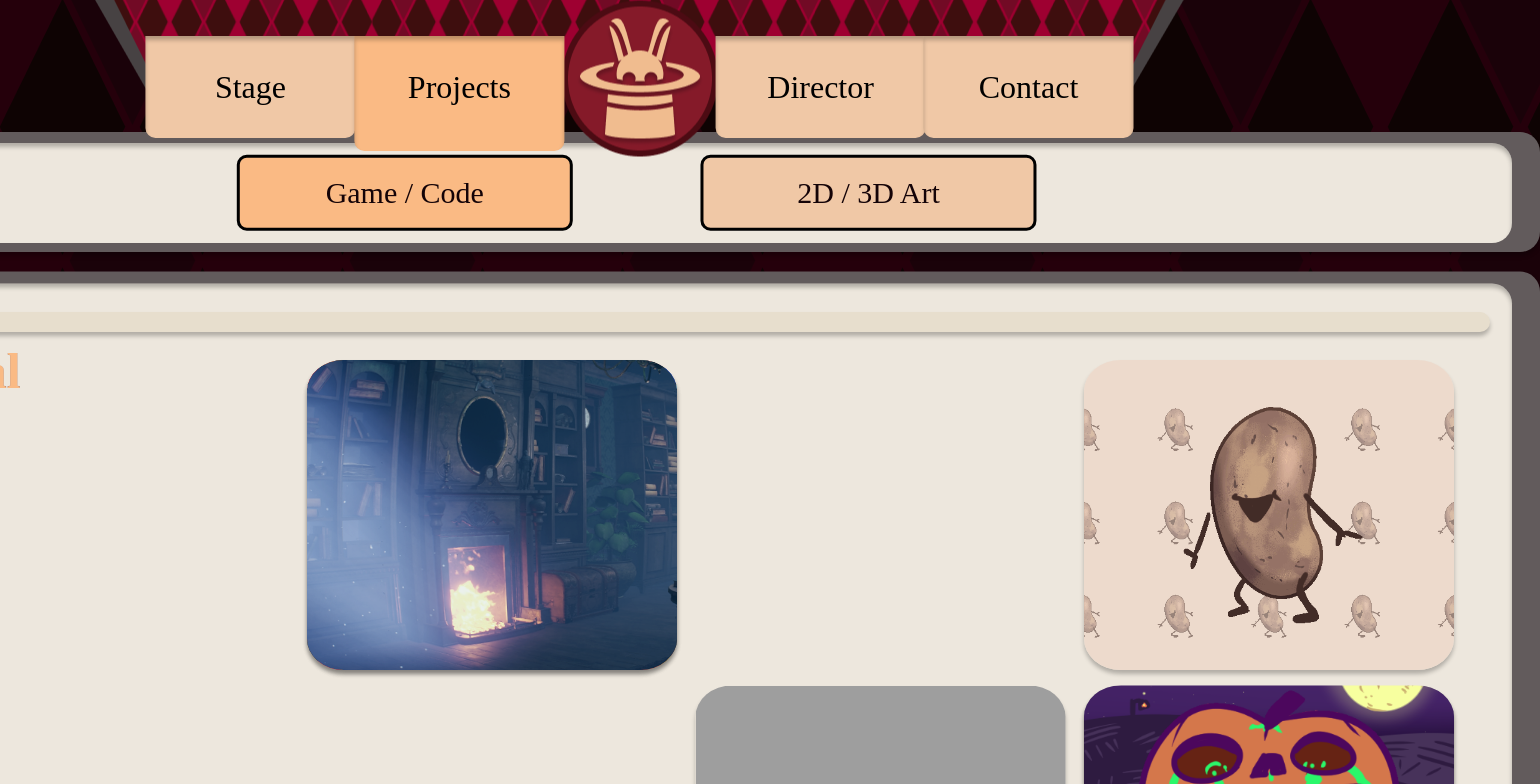
Repository: EMP-ChristinaC/Portfolio
Page: main-project-page/projects.html
The author's editor kept a copy of each file at every save. The page is drawn from the files as they stood at one save, then again after the next save.
The browser window is 1280 px wide. The page is 1540 px wide, so the pictures cover 1540 px, including what lies to the right of the window. The pictures show the part of the page from y = 0 to 784 px (the page is 2161 px tall).
Pictures or frames that could not be fetched are drawn as grey boxes. Some web fonts or font styles are not loaded; a fallback is used.

Above is the page before, as saved 2024-12-18 17:14:34.

After the next save:
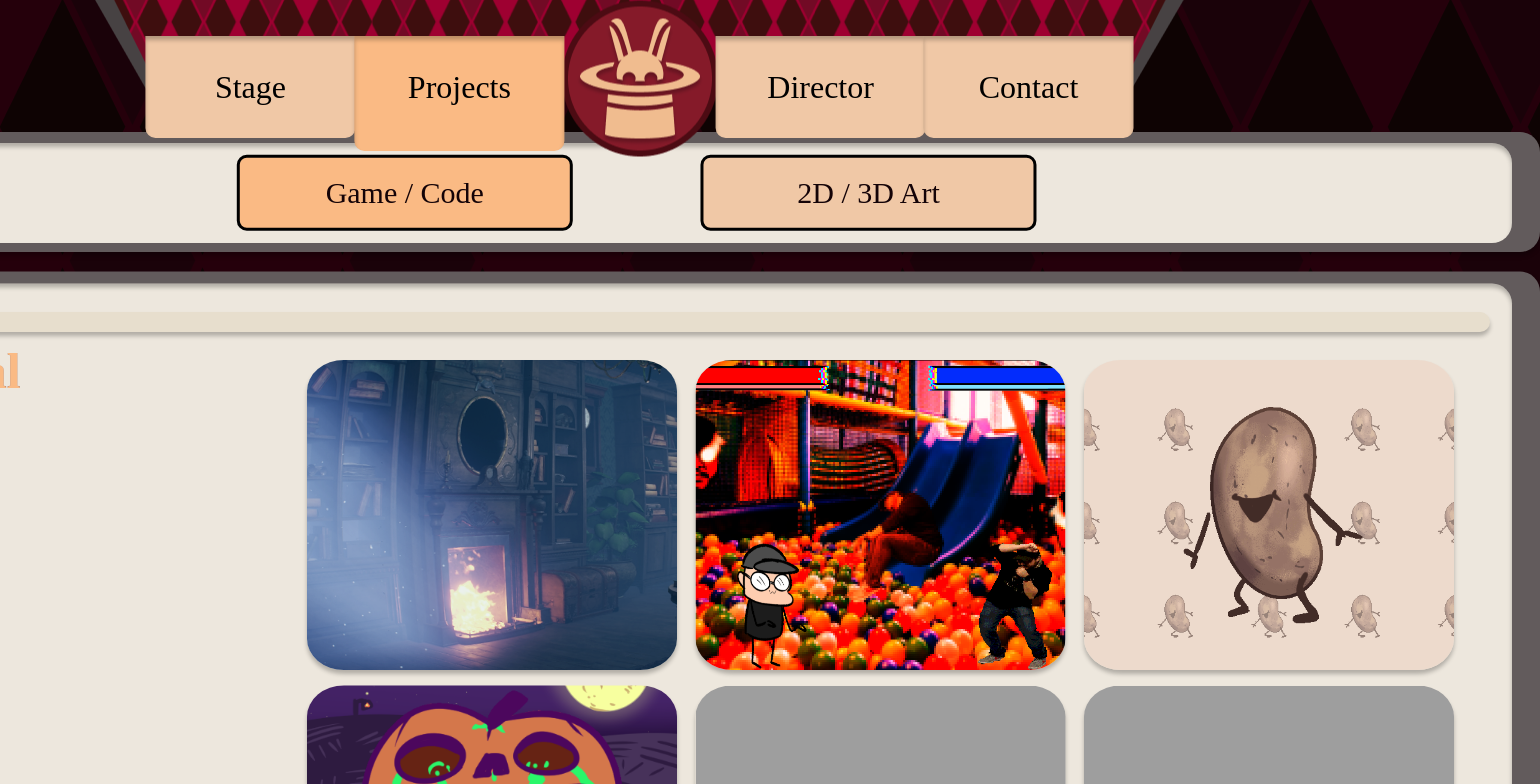
Saved 6 s later.
--- a/main-project-page/projects-style.css
+++ b/main-project-page/projects-style.css
@@ -345,7 +345,7 @@ footer.section p {
 /*///////////////////////////////// Animation ////////////////////////////*/
 
 .image-container {
-    transform: translate(120%, 320%);
+    transform: translate(-90%, 280%);
 }
 
 .image-container-two {
@@ -358,11 +358,11 @@ footer.section p {
 
 
 .image-container-four {
-    transform: translate(120%, 105%);
+    transform: translate(-90%, 105%);
 }
 
 .image-container-five {
-    transform: translate(-90%, 0%);
+    transform: translate(15%, 0%);
 }
 
 .image-container-six {
